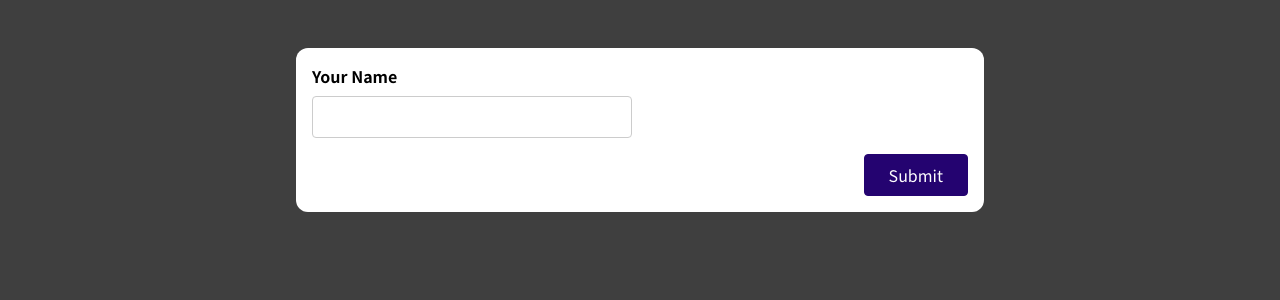
Repository: NamalPathirana/WorkingWithForms
Page: /
An editor plug-in stored every save of this project. The page is shown before and after the next save, followed by the edit.
The browser window is 1280 px wide. The pictures show the whole page.
The project was rebuilt for these pictures with package versions that can differ from the ones it lists, and the page was loaded fresh each time.

Above is the page before, as saved 2022-03-29 18:25:33.

### src/components/SimpleInput.js
import { useState, useRef } from "react";

const SimpleInput = (props) => {
  const nameInputRef = useRef();
  const [enteredName, setEnteredName] = useState("");
  const [enteredNameIsValid,setEnteredNameIsValid] = useState(true);

  const nameInputChangeHandler = (event) => {
    setEnteredName(event.target.value)
  };

  const formSubmissionHandler = (event) => {
    event.preventDefault();

    if(enteredName.trim() === "") {
      setEnteredNameIsValid(false);
      return;
    } // disregard empty entries.

    setEnteredNameIsValid(true);

    console.log(nameInputRef.current.value);
  }

  const nameInputClass = `form-control ${!enteredNameIsValid && 'invalid'}`;

  return (
    <form onSubmit={formSubmissionHandler}>
      <div className={nameInputClass}>
        <label htmlFor="name">Your Name</label>
        <input ref={nameInputRef} type="text" id="name" onChange={nameInputChangeHandler} />
        {!enteredNameIsValid && <p className="error-text">Name cannot be empty...</p>}
      </div>
      <div className="form-actions">
        <button>Submit</button>
      </div>
    </form>
  );
};

export default SimpleInput;

Loaded but not shown: public/index.html (common file); src/index.js (common file); src/index.css (common file); src/App.js (common file)

After the next save:
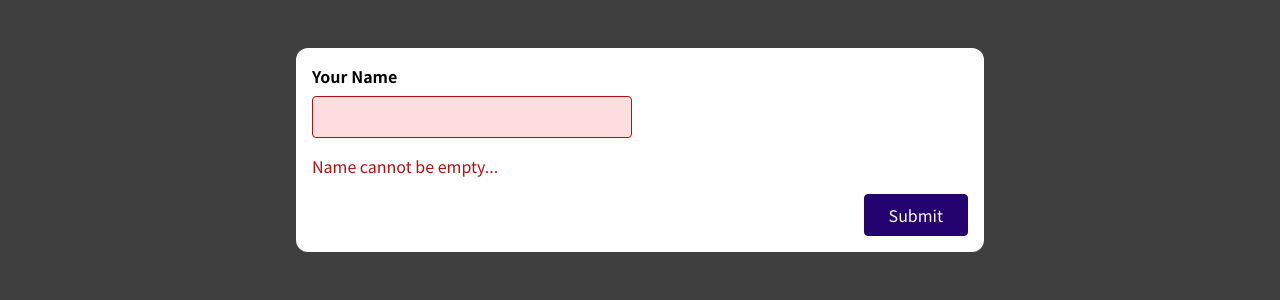
Saved 14 min 8 s later.
--- a/src/components/SimpleInput.js
+++ b/src/components/SimpleInput.js
@@ -3,7 +3,8 @@
 const SimpleInput = (props) => {
   const nameInputRef = useRef();
   const [enteredName, setEnteredName] = useState("");
-  const [enteredNameIsValid,setEnteredNameIsValid] = useState(true);
+  const [enteredNameIsValid,setEnteredNameIsValid] = useState(false);
+  const [enteredNameTouched,setEnteredNameTouched] = useState(false);
 
   const nameInputChangeHandler = (event) => {
     setEnteredName(event.target.value)

After the save that followed:
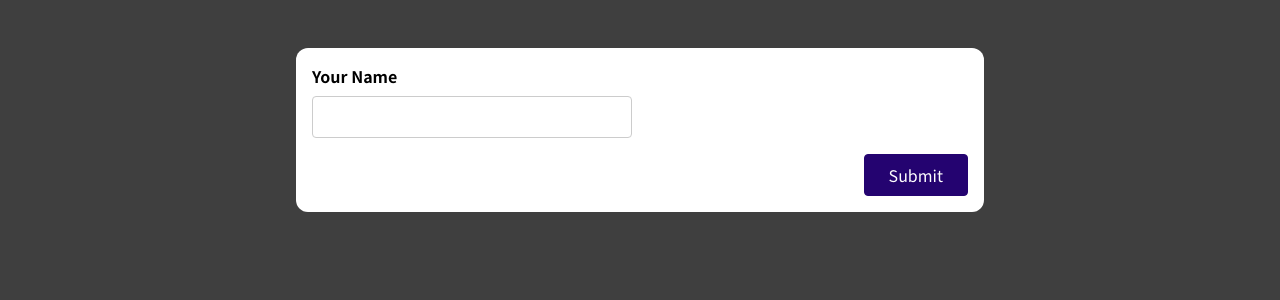
Saved 5 min 3 s later.
--- a/src/components/SimpleInput.js
+++ b/src/components/SimpleInput.js
@@ -23,14 +23,16 @@
     console.log(nameInputRef.current.value);
   }
 
-  const nameInputClass = `form-control ${!enteredNameIsValid && 'invalid'}`;
+  const enteredNameIsInvalid = !enteredNameIsValid && enteredNameTouched
+
+  const nameInputClass = `form-control ${enteredNameIsInvalid && 'invalid'}`;
 
   return (
     <form onSubmit={formSubmissionHandler}>
       <div className={nameInputClass}>
         <label htmlFor="name">Your Name</label>
         <input ref={nameInputRef} type="text" id="name" onChange={nameInputChangeHandler} />
-        {!enteredNameIsValid && <p className="error-text">Name cannot be empty...</p>}
+        {enteredNameIsInvalid && <p className="error-text">Name cannot be empty...</p>}
       </div>
       <div className="form-actions">
         <button>Submit</button>
